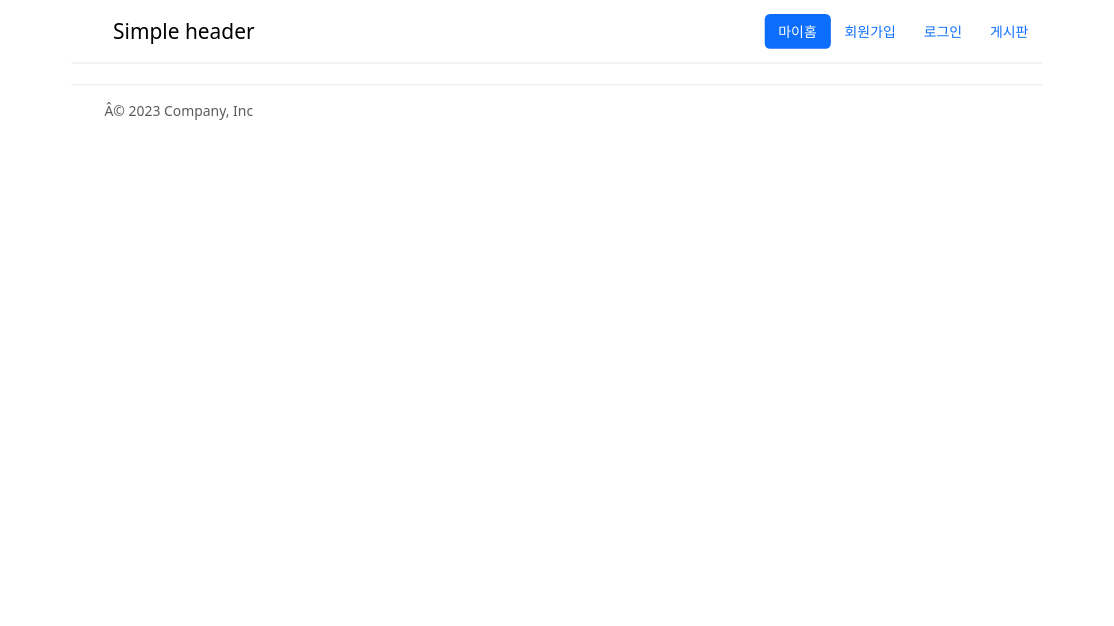
Repository: 2JISUN/hta-lecture-basic
Page: http://localhost/jsp04/index/index.jsp
The author's editor kept a copy of each file at every save. The page is drawn from the files as they stood at one save, then again after a run of saves.
The browser window is 1280 px wide. The pictures show the whole page, at 87% of full size.
The page is served by Tomcat 10. Other server files are loaded and not shown.

Above is the page before, as saved 2023-09-19 01:11:19.

### jsp-lecture/jsp04/src/main/webapp/index/index.jsp
<%@ page language="java" contentType="text/html; charset=UTF-8"
    pageEncoding="UTF-8"%>

<%@ include file="../include/header.jsp" %>
<!-- header 끝 -->

<!-- main 끝 -->

<%@ include file="../include/footer.jsp" %>
<!-- footer 끝 -->

### jsp-lecture/jsp04/src/main/webapp/include/header.jsp
<%@ page language="java" contentType="text/html; charset=UTF-8"
    pageEncoding="UTF-8"%>
<!DOCTYPE html>
<html>
<head>
<meta charset="UTF-8">
<title>Insert title here</title>
<link rel="stylesheet" href="../css/bootstrap.min.css" />
<script src="../js/bootstrap.bundle.min.js"></script>
<script src="../js/jquery-3.7.1.min.js"></script>
<script
	src="//t1.daumcdn.net/mapjsapi/bundle/postcode/prod/postcode.v2.js">
</script>
</head>
<body>
<div class="container">
    <header class="d-flex flex-wrap justify-content-center py-3 mb-4 border-bottom">
      <a href="/" class="d-flex align-items-center mb-3 mb-md-0 me-md-auto link-body-emphasis text-decoration-none">
        <svg class="bi me-2" width="40" height="32"><use xlink:href="#bootstrap"></use></svg>
        <span class="fs-4">Simple header</span>
      </a>

      <ul class="nav nav-pills">
        <li class="nav-item"><a href="../index/index.jsp" class="nav-link active" aria-current="page">마이홈</a></li>
        <li class="nav-item"><a href="../member/insert.jsp" class="nav-link">회원가입</a></li>
        <li class="nav-item"><a href="../member/login.jsp" class="nav-link">로그인</a></li>
        <li class="nav-item"><a href="../member/list.jsp" class="nav-link">게시판</a></li>
      </ul>
    </header>
  </div>
  <!-- header 끝 -->

  <main>

### jsp-lecture/jsp04/src/main/webapp/include/footer.jsp
</main>
<div class="container">
  <footer class="d-flex flex-wrap justify-content-between align-items-center py-3 my-4 border-top">
    <div class="col-md-4 d-flex align-items-center">
      <a href="/" class="mb-3 me-2 mb-md-0 text-body-secondary text-decoration-none lh-1">
        <svg class="bi" width="30" height="24"><use xlink:href="#bootstrap"></use></svg>
      </a>
      <span class="mb-3 mb-md-0 text-body-secondary">© 2023 Company, Inc</span>
    </div>

    <ul class="nav col-md-4 justify-content-end list-unstyled d-flex">
      <li class="ms-3"><a class="text-body-secondary" href="#"><svg class="bi" width="24" height="24"><use xlink:href="#twitter"></use></svg></a></li>
      <li class="ms-3"><a class="text-body-secondary" href="#"><svg class="bi" width="24" height="24"><use xlink:href="#instagram"></use></svg></a></li>
      <li class="ms-3"><a class="text-body-secondary" href="#"><svg class="bi" width="24" height="24"><use xlink:href="#facebook"></use></svg></a></li>
    </ul>
  </footer>
</div>
<!-- footer 끝 -->

### jsp-lecture/jsp04/src/main/webapp/member/insert.jsp
<%@ page language="java" contentType="text/html; charset=UTF-8"
	pageEncoding="UTF-8"%>
<!DOCTYPE html>
<%@ include file="../include/header.jsp" %>
	<div class="container">
		<form action="insert-member-process.jsp" method="post" class=""
			name="member">
			<%
			// 아이디
			%>
			<div class="row d-flex justify-content-center mt-5">
				<div class="col-6">
					<div class="mb-3">
						<label for="userID" class="form-label">ID</label> <input
							type="text" class="form-control" id="userID" name="userID"
							placeholder="user id" />
						<button class="btn btn-primary" id="btnIDCheck">아이디 중복 확인</button>
					</div>
				</div>
			</div>

			<%
			// 비밀번호
			%>
			<div class="row d-flex justify-content-center">
				<div class="col-6">
					<div class="mb-3">
						<label for="userPW" class="form-label">password</label> <input
							type="password" class="form-control" id="userPW" name="userPW"
							placeholder="user password" />
					</div>
					<button class="btn btn-primary" id="btnShowPassword">비밀번호 보기</button>
				</div>
			</div>

			<%
			// 비밀번호 재확인
			%>
			<div class="row d-flex justify-content-center">
				<div class="col-6">
					<div class="mb-3">
						<label for="userPW02" class="form-label">password Confirm</label>
						<input type="password" class="form-control" id="userPW02"
							placeholder="user password" />
						<div class="invalid-feedback">글자써보기</div>
					</div>
				</div>
			</div>

			<%
			//이름
			%>
			<div class="row d-flex justify-content-center">
				<div class="col-6">
					<div class="mb-3">
						<label for="userName" class="form-label">Name</label> <input
							type="text" class="form-control" id="userName" name="userName"
							placeholder="user name" />
					</div>
				</div>
			</div>

			<%
			//우편번호
			%>
			<div class="row d-flex justify-content-center">
				<div class="col-auto">
					<div class="mb-3">
						<label for="zipcode" class="form-label">ZipCode</label> <input
							type="text" class="form-control" id="zipcode" name="zipcode"
							placeholder="zip code" />
						<div class="col-auto">
							<button class="btn btn-primary mb-3" id="btnPostcode">우편번호
								확인</button>
						</div>
					</div>
				</div>
			</div>

			<%
			//주소
			%>

			<div class="row d-flex justify-content-center">
				<div class="col-6">
					<div class="mb-3">
						<label for="address" class="form-label">Address</label> <input
							type="text" class="form-control" id="address" name="address"
							placeholder="address" />
					</div>
				</div>
			</div>

			<%
			//상세주소
			%>

			<div class="row d-flex justify-content-center">
				<div class="col-6">
					<div class="mb-3">
						<label for="detailAddress" class="form-label">Detail
							Address</label> <input type="text" class="form-control"
							id="detailAddress" name="detailAddress"
							placeholder="detail address" />
					</div>
				</div>
			</div>

			<%
			//버튼
			%>

			<div class="mt-5 d-flex justify-content-center">
				<div class="col-6">
					<button type="submit" class="btn btn-primary" id="btnSubmit">회원가입</button>
					<button type="reset" class="btn btn-secondary">취소</button>
				</div>
			</div>
		</form>
	</div>

	<script>
		// 다음 주소지 API 사용하기
		// https://postcode.map.daum.net/guide
		function postcode() {
			new daum.Postcode({
				oncomplete : function(data) {
					// 팝업에서 검색결과 항목을 클릭했을때 실행할 코드를 작성하는 부분.

					// 도로명 주소의 노출 규칙에 따라 주소를 표시한다.
					// 내려오는 변수가 값이 없는 경우엔 공백('')값을 가지므로, 이를 참고하여 분기 한다.
					const roadAddr = data.roadAddress; // 도로명 주소 변수
					const extraRoadAddr = ""; // 참고 항목 변수

					// 법정동명이 있을 경우 추가한다. (법정리는 제외)
					// 법정동의 경우 마지막 문자가 "동/로/가"로 끝난다.

					// 우편번호와 주소 정보를 해당 필드에 넣는다.
					document.querySelector("#postCode").value = data.zonecode;
					document.querySelector("#address").value = roadAddr;
					//document.getElementById("sample4_jibunAddress").value = data.jibunAddress;

					// 참고항목 문자열이 있을 경우 해당 필드에 넣는다.
					// if (roadAddr !== "") {
					//   document.getElementById("sample4_extraAddress").value = extraRoadAddr;
					// } else {
					//   document.getElementById("sample4_extraAddress").value = "";
					// }

					//var guideTextBox = document.getElementById("guide");
					// 사용자가 '선택 안함'을 클릭한 경우, 예상 주소라는 표시를 해준다.
					// if (data.autoRoadAddress) {
					//   var expRoadAddr = data.autoRoadAddress + extraRoadAddr;
					//   guideTextBox.innerHTML = "(예상 도로명 주소 : " + expRoadAddr + ")";
					//   guideTextBox.style.display = "block";
					// } else if (data.autoJibunAddress) {
					//   var expJibunAddr = data.autoJibunAddress;
					//   guideTextBox.innerHTML = "(예상 지번 주소 : " + expJibunAddr + ")";
					//   guideTextBox.style.display = "block";
					// } else {
					//   guideTextBox.innerHTML = "";
					//   guideTextBox.style.display = "none";
					// }
				},
			}).open();
		}

		// $(jQuery)로 버튼을 찾고 기능 추가
		// 기능 : 다음 주소지 API 사용하기
		$("#btnPostcode").on("click", function() {
			postcode();
			return false;
		});

		// 기능 : 아이디, 비밀번호는 반드시 입력받아야 함
		$("#btnSubmit").on("click", function(e) {
			if ($("#userID").val().trim() === "") {
				alert("id는 필수입력 사항입니다.");
				$("#userID").val("");
				$("#userID").focus();
				return false;
			} else if ($("#userPW").val().trim() === "") {
				alert("password는 필수입력 사항입니다.");
				$("#userPW").val("");
				$("#userPW").focus();
				return false;
			} else if ($("#userPW02").val().trim() === "") {
				alert("password 확인");
				$("#userPW02").val("");
				$("#userPW02").focus();
				return false;
			}
		});

		// 기능 : '비밀번호'와 '비밀번호 재확인' 입력값이 일치하는지 여부
		$("#userPW02").on("keyup", function() {
			if ($("#userPW").val() !== $("#userPW02").val()) {
				$(".invalid-feedback").show();
				$(".invalid-feedback").text("password가 맞지 않습니다.");
			} else {
				$(".invalid-feedback").hide();
				$(".invalid-feedback").text("");
			}
		});


		// 기능 : 아이디 중복 확인 후 결과에 따라 메시지 출력
		$("#btnIDCheck").on("click", function() {
			$.ajax({
				url : "idCheck.jsp",
				data : {
					userID : $("#userID").val(),
				},
				//method: "get",
				success : function(data) {
					//console.log("success");
					//console.log(data);
					if (data.count > 0) {
						alert("중복된 아이디입니다.");
						$("#userID").val("");
						$("#userID").focus();
					} else {
						const useID = confirm("사용가능한 아이디 입니다. 사용하시겠어요?");
						if (useID) {
							$("#userID").attr("readonly", true);
						}
					}
				},
				fail : function(error) {
					console.log(error);
				},
				complete : function(data) {
					console.log("complete");
					console.log(data);
				}
			});
			return false;
		});

		// 기능 : 비밀번호 보기/감추기 (유저선택사항)
		$("#btnShowPassword").on("click", function(){
			if($("#userPW").attr("type")==="password"){
				$("#userPW").attr("type","text");
				$("#btnShowPassword").text("비밀번호 감추기");
			} else {
				$("#userPW").attr("type","password");
				$("#btnShowPassword").text("비밀번호 보기");
			}
			return false;
		})
	</script>
<%@  include file="../include/footer.jsp" %>

Loaded but not shown: jsp-lecture/jsp04/src/main/webapp/css/bootstrap.min.css (library); jsp-lecture/jsp04/src/main/webapp/js/bootstrap.bundle.min.js (library); jsp-lecture/jsp04/src/main/webapp/js/jquery-3.7.1.min.js (library)

After the next 2 saves:
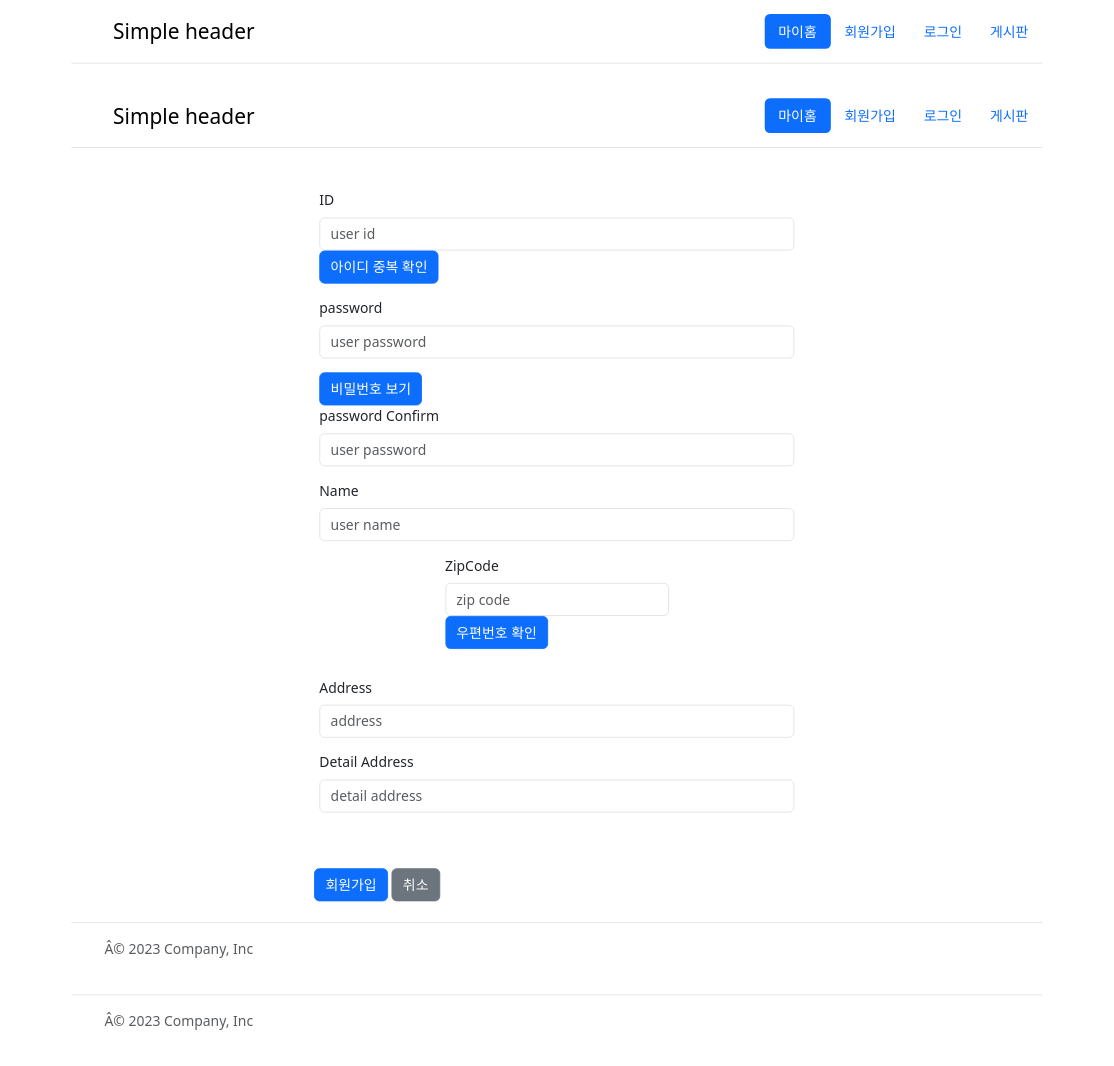
The 2 saves are shown as one change because 1 did not build or start.
The last was saved 82 s later.
--- a/jsp-lecture/jsp04/src/main/webapp/index/index.jsp
+++ b/jsp-lecture/jsp04/src/main/webapp/index/index.jsp
@@ -4,6 +4,7 @@
 <%@ include file="../include/header.jsp" %>
 <!-- header 끝 -->
 
+<%@ include file="../member/insert.jsp" %>
 <!-- main 끝 -->
 
 <%@ include file="../include/footer.jsp" %>
